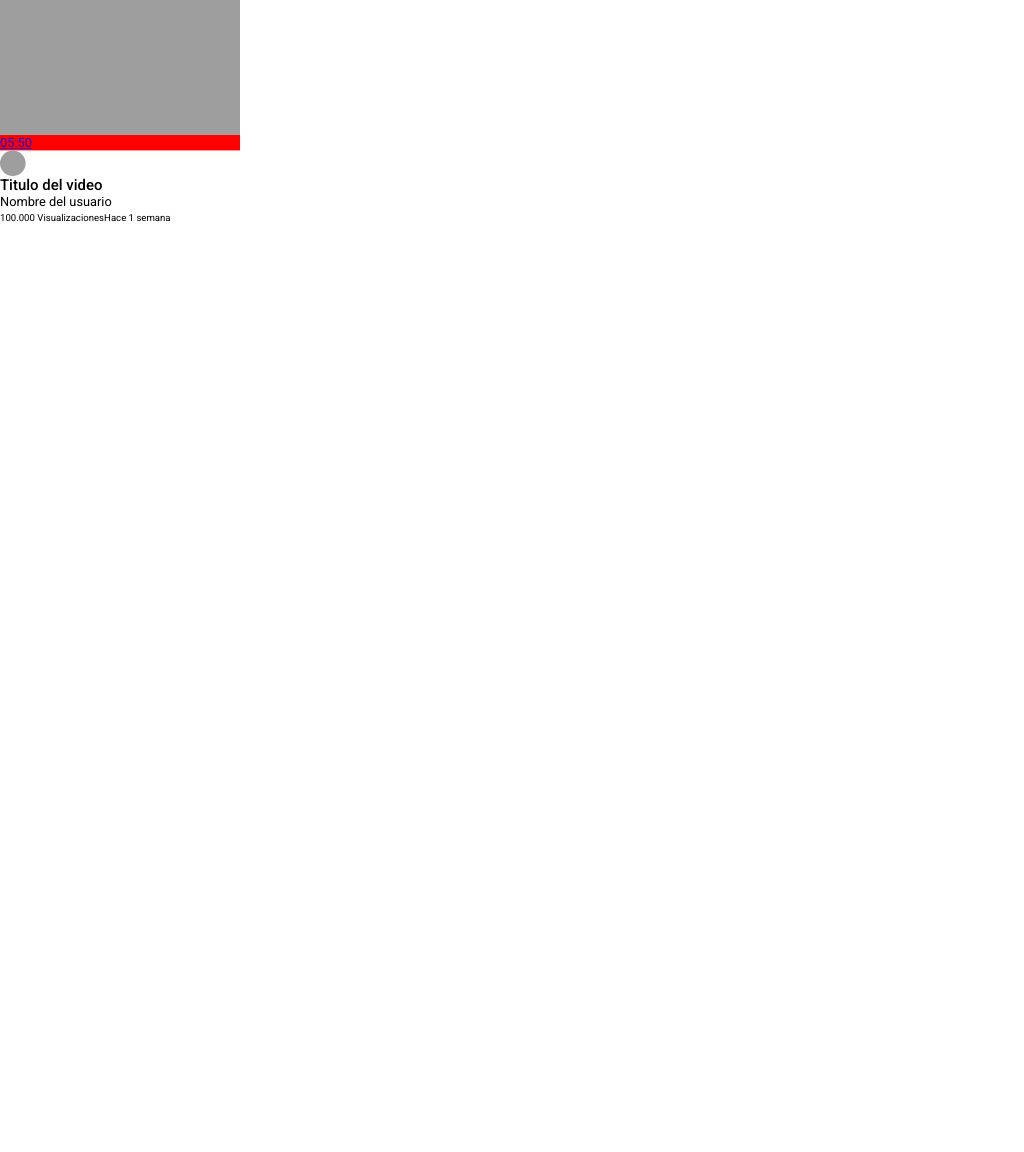
Repository: RobertAries28/ClonYoutube
Page: index.html
The author's editor kept a copy of each file at every save. The page is drawn from the files as they stood at one save, then again after the next save.
The browser window is 1280 px wide. The pictures show the whole page, at 80% of full size.
Pictures or frames that could not be fetched are drawn as grey boxes. Some web libraries are served in a nearby version.

Above is the page before, as saved 2021-09-15 22:34:59.

### index.html
<!DOCTYPE html>
<html lang="en">
<head>
    <meta charset="UTF-8">
    <meta http-equiv="X-UA-Compatible" content="IE=edge">
    <meta name="viewport" content="width=device-width, initial-scale=1.0">
    <link rel="stylesheet" href="style.css">
    <link rel="stylesheet" href="https://use.fontawesome.com/releases/v5.8.1/css/all.css" integrity="sha384-50oBUHEmvpQ+1lW4y57PTFmhCaXp0ML5d60M1M7uH2+nqUivzIebhndOJK28anvf" crossorigin="anonymous">


    <title>Document</title>
</head>
<body class="scroll">
   <header class="main-header">
       <div class="place-center button-container">
            <button class=" action-button fas fa-align-justify"></button>
            <img class="logo" src="data:[embedded picture, 3218 characters]" alt="">
        </div>


       <div class="middle place-center">
           <form class=" place-center form-search">
               <input type="search" placeholder="Buscar" class="input">
              <button class="submit fas fa-search" data-tooltip="Buscar"></button>
            </form>

           <button data-tooltip="Haz busqueda por voz" class=" action-button fas fa-microphone"></button>
       </div>

       <div class="place-center button-container">


        <button data-tooltip="Crear" class=" action-button fas fa-video"></button>
        <button data-tooltip="Aplicaciones de youtube" class=" action-button fas fa-th"></button>
        <button  data-tooltip="Notificaciones" class=" action-button fas fa-bell"></button>
        <div class="user">
           <div class="user-avatar">

               <img class="image" src="https://i.pinimg.com/280x280_RS/7d/d0/f4/7dd0f465ad261b24bc09a1508da78cc1.jpg" alt="">
           </div>
        </div>
       </div>
   </header>

   <div class="main-sidebar scroll">
       <nav class="main-nav">
          <ul>
              <li>
                  <a href="" class="link is-active">
                    <span class=" icon fas fa-home"></span>
                      <span>Inicio</span>
                    </a>

              </li>

              <li>
                <a href="" class="link">
                  <span class=" icon fas fa-compass"></span>
                    <span>Explorar</span>
                  </a>

            </li>

            <li>
              <a href="" class="link">
                <span class=" icon fas fa-stop-circle"></span>
                  <span>Suscripciones</span>
                </a>

          </li>

          <li>
            <a href="" class="link">
              <span class=" icon fab fa-youtube"></span>
                <span>Originals</span>
              </a>

        </li>

        <li>
          <a href="" class="link">
            <span class=" icon fas fa-play-circle"></span>
              <span>Youtube Music</span>
            </a>

      </li>

        </ul>
        <hr/>



        <ul>
          <li>
              <a href="" class="link">
                <span class=" icon fas fa-laptop"></span>
                  <span>Biblioteca</span>
                </a>

          </li>

          <li>
            <a href="" class="link">
              <span class=" icon fas fa-history"></span>
                <span>Historial</span>
              </a>

        </li>

        <li>
          <a href="" class="link">
            <span class=" icon far fa-play-circle"></span>
              <span>Mas Videos</span>
            </a>

      </li>

      <li>
        <a href="" class="link">
          <span class=" icon far fa-clock"></span>
            <span>Ver mas Tarde</span>
          </a>

    </li>

    <li>
      <a href="" class="link">
        <span class=" icon fas fa-thumbs-up"></span>
          <span>Videos que me Gustan</span>
        </a>

  </li>

  <li>
    <a href="" class="link">
      <span class=" icon fas fa-chevron-down"></span>
        <span>Mostrar mas</span>
      </a>

</li>

    </ul>
    <hr/>

    <h4 class="nav-title">SUBCRIPCIONES</h4>
    <ul>
      <li>
        <a href="" class="link ">
          <div class="user-avatar2">

            <img class="image" src="https://i.pinimg.com/280x280_RS/7d/d0/f4/7dd0f465ad261b24bc09a1508da78cc1.jpg" alt="">
        </div>
            <span>Robert Escalante</span>

          </a>

    </li>

    <li>
      <a href="" class="link ">
        <div class="user-avatar2">

          <img class="image" src="https://i.pinimg.com/280x280_RS/7d/d0/f4/7dd0f465ad261b24bc09a1508da78cc1.jpg" alt="">
      </div>
          <span>Robert Escalante</span>
          <i class="fas fa-circle is-new"></i>

        </a>

  </li>

    <li>
      <a href="" class="link ">
        <div class="user-avatar2">

          <img class="image" src="https://i.pinimg.com/280x280_RS/7d/d0/f4/7dd0f465ad261b24bc09a1508da78cc1.jpg" alt="">
      </div>
          <span>Robert Escalante</span>
          <i class="fas fa-satellite-dish is-in-live"></i>

        </a>

  </li>

  <li>
    <a href="" class="link">
      <span class=" icon fas fa-chevron-down"></span>
        <span>Mostrar 97 mas</span>
      </a>

</li>
    </ul>

    <hr/>

    <h4 class="nav-title">MAS DE YOUTUBE</h4>

    <ul>
      <li>
          <a href="" class="link">
            <span class=" icon fas fa-film"></span>
              <span>Peliculas</span>
            </a>

      </li>

      <li>
        <a href="" class="link">
          <span class=" icon fas fa-gamepad"></span>
            <span>VideoJuegos</span>
          </a>

    </li>

    <li>
      <a href="" class="link">
        <span class=" icon fas fa-directions"></span>
          <span>Directo</span>
        </a>

  </li>

  <li>
    <a href="" class="link">
      <span class=" icon fas fa-graduation-cap"></span>
        <span>Aprendizaje</span>
      </a>

</li>

<li>
  <a href="" class="link">
    <span class=" icon fas fa-trophy"></span>
      <span>Deportes</span>
    </a>

</li>
<hr/>

<li>
  <a href="" class="link">
    <span class=" icon fas fa-cog"></span>
      <span>Configuracion</span>
    </a>

</li>

<li>
<a href="" class="link">
  <span class=" icon far fa-flag"></span>
    <span>Historial de denuncias</span>
  </a>

</li>

<li>
<a href="" class="link">
<span class=" icon fas fa-question-circle"></span>
  <span>Ayuda</span>
</a>

</li>

<li>
<a href="" class="link">
<span class=" icon fas fa-question"></span>
<span>Enviar Sugerencias</span>
</a>

</li>
</ul>

   <hr/>
   <footer class="main-nav-footer">
     <div class="container">
  <a href="#" class="link-footer">Informacion</a>
  <a href="#" class="link-footer">Prensa</a>
  <a href="#" class="link-footer">Derechos de autor</a>
  <a href="#" class="link-footer">Contactar</a>
  <a href="#" class="link-footer">Creadores</a>
  <a href="#" class="link-footer">Publicidad</a>
  <a href="#" class="link-footer">Desarrollador</a>
     </div>

     <div class="container">
      <a href="#" class="link-footer">Terminos</a>
      <a href="#" class="link-footer">Privacidad</a>
      <a href="#" class="link-footer"> Politicas y Terminos</a>
      <a href="#" class="link-footer">Como Funciona</a>
      <a href="#" class="link-footer">Probar Funciones</a>

         </div>
      <p class="copyright">2021 Google LLC</p>
   </footer>

       </nav>
   </div>
   <main>
     <article class="card-video">
       <a href="#" class="cover">
         <img src="https://images.unsplash.com/photo-1631714222798-9b7ae46118b3?ixid=MnwxMjA3fDB8MHxwaG90by1wYWdlfHx8fGVufDB8fHx8&ixlib=rb-1.2.1&auto=format&fit=crop&w=334&q=80" alt="Portada del video"
          class="image"
         >
         <time class="time">05:50</time>

       </a>
       <div class="container">
          <div class="user-avatar">
            <img class="image" src="https://i.pinimg.com/280x280_RS/7d/d0/f4/7dd0f465ad261b24bc09a1508da78cc1.jpg" alt="">
          </div>
          <div class="content">
            <h3 class="title">Titulo del video</h3>
             <p>Nombre del usuario</p>
             <p><span>100.000 Visualizaciones</span><span>Hace 1 semana</span></p>
          </div>
       </div>
     </article>
   </main>
</body>
</html>

### style.css

@import url('https://fonts.googleapis.com/css2?family=Roboto:wght@400;500&display=swap');

*{
    margin:  0;
    padding: 0;
    box-sizing: border-box;
}

 /* variables globales */

:root{
    /* colores*/
    --accent-color: #ff0000;
    --grey-color: #909090;
    --grey-color-alt: #CCC;
    --border-color: rgba(0,0,0,0.1);

    /*colores de fondo*/
    --bg-color: #fff;
     --bgcolor-alt: #f9f9f9;
     --bg-color-active: #e5e5e5;

     /*colores de texto*/

     --text-color: #030303;
     --text-color-alt: #606060;
     --text-color-white: #fff;

  /* fuentes */
     --body-font : 'Roboto',sans-serif;


     /* Tamaño de texto*/
--big-font-size: 1.125rem;
--normal-font-size: 1rem;
--small-font-size: 0.875rem;
--smaller-font-size: 0.75rem;
--font-bold: 500;

/* otros*/
  --header-height: 56px;
  --z-tooltip: 25;
  --z-fixed: 100;
  --border-radius: 2px;


  /* scroll */
--scroll-size: 16px;
--scroll-bg: transparent;
--scroll-radius:8px;
--scroll-padding:4px;
--thumb-bg: var(--grey-color);
--thumb-bg-alt:var(--grey-color-alt);
}

body{
    min-height: 200vh;
}



/*----- scroll ---*/
.scroll::-webkit-scrollbar{
    width: var(--scroll-size);
    height: var(--scroll-size);
}

.scroll::-webkit-scrollbar-thumb{
    background-color: var(--thumb-bg);
    border-radius: var(--scroll-radius);
    border: var(--scroll-padding) solid transparent;
    background-clip: content-box;
}

.scroll::-webkit-scrollbar-thumb:hover{
    background-color: var(--thumb-bg-alt);
}

.scroll:not(body)::-webkit-scrollbar-thumb{
    display: none;
    background-color: var(--thumb-bg-alt);
}

.scroll:not(body):hover::-webkit-scrollbar-thumb{
    display: block;
}






body{
    font-family: var(--body-font);
    background-color: var(--bg-color-alt);

}

h1,h2,h3,h4,h5,h6,b{
    font-weight: var(--font-bold);
}

hr{
    --spacing: 0.75rem;
    border: none;
    border-bottom: 1px solid var(--border-color);
    margin-bottom: var(--spacing);
    padding-top: var(--spacing);

}

img{
    width: 100%;
}

.place-center{
    display: flex;
    justify-content: center;
    align-items: center;
}

.button-container{
    display: flex;
    gap: 0.5rem;
}

/******------cabecera principal -----***/

.main-header{
    height: var(--header-height);
     background-color: var(--bg-color);
    display: flex;
    justify-content: space-between;
    padding: 0 1rem;
    align-items: center;
    position: fixed;
    width: 100%;
    left: 0;
    top: 0;
    z-index: var(--z-fixed);

}

.main-header img{
    height: 56px;
}

.main-header .logo{
    width: 6rem;
}

.main-header .middle{
    flex-basis: 720px;

    padding: 0 2rem;
}

.main-header .form-search{
 flex-grow: 1;
 align-items: stretch;
}

.main-header .input{
    flex-grow: 1;
    padding: 0.5rem;
    border: 1px solid var(--border-color);
    border-right: 0;
    border-radius: var(--border-radius) 0 0 var(--border-radius);


}

.main-header .submit{
    padding: 0 1.5rem;
    border: 1px solid var(--border-color);
    font-size: 1.25rem;
    color: var(--text-color-alt);
    border-radius: 0 var(--border-radius) var(--border-radius) 0;
    cursor: pointer;
}



/*----Avatar del usuario----*/
.user-avatar{
    --size: 2rem;
    width:  var(--size);
    height: var(--size);
    cursor: pointer;
    flex: none;

}

.user{
    padding: 0 1rem;
}

.user-avatar .image{
    width: 100%;
    height: 100%;
    object-fit: cover;
    border-radius: 50%;
}


/* Botones de accion **/
.action-button{
    --size: 2.5rem;
    height: var(--size);
    width: var(--size);
    border-radius: 50%;
    border: 1px solid transparent;
    background: none;
    transition: border-color 1s;
    cursor: pointer;
}
.action-button::before{
    color: var(--text-color-alt);
    font-size: 1.5rem;
}

.action-button:active{
    background-color: var(--bg-color-active) ;
    border-color: var(--bg-color-active);
}


/* tooltip*/
[data-tooltip]{
    position: relative;
}

[data-tooltip]:hover::after{
    opacity: 1;
}

[data-tooltip]::after{
    content: attr(data-tooltip);
    position: absolute;
    left: 50%;
    top: 3.5rem;
    transform: translateX(-50%);
    padding: 0.5rem;
    background-color: var(--text-color-alt);
    color: var(--text-color-white);
    font-family: var(--body-font);
    font-size: var(--smaller-font-size);
    border-radius: var(--border-radius);
       white-space: nowrap;
       opacity: 0;
    pointer-events:none;
    transition: opacity 0.5s;
    z-index: var(--z-tooltip);
}


/***** menu lateral***/

.main-sidebar{
    --main-nav-padding: 0.5rem 1.5rem;
    position: fixed;
    top: var(--header-height);
    height: calc(100vh - var(--header-height));
    width: 240px;
    padding: 0.75rem 0;

    overflow: auto;
}


/****** items de navegacion ****/
.main-nav .link{
    display: flex;
    align-items: center;
    padding: var(--main-nav-padding);
    color: var(--text-color);
    font-size: var(--smaller-font-size);
    text-decoration: none;

    font-size: 1rem;
    white-space: nowrap;
}

.main-nav .link.is-active, .main-nav .link:hover{
    background-color: var(--bgcolor-alt);
}

.main-nav .link.is-active{
    font-weight: var(--font-bold);
}

.main-nav .link.is-active .icon{
    color: var(--accent-color);
}

.main-nav .link .icon{
    margin-right: 1.5rem;
    font-size: 1.5rem;
    color: var(--text-color-alt);

}

.user-avatar2{
    margin-right: 1.5rem;
    --size:1.5rem;
    width:  var(--size);
    height: var(--size);
    cursor: pointer;
    flex: none;
}

.user-avatar2 .image{
    width: 100%;
    height: 100%;
    object-fit: cover;
    border-radius: 50%;
}

span{
    font-size: var(--smaller-font-size);
}

/* Titulo de secciones en navegacion lateral */
.nav-title{
    padding: var(--main-nav-padding);
    color: var(--text-color-alt);
    font-size: var(--smaller-font-size);
    text-transform: uppercase;
}

.is-new{
    font-size: 0.5rem;
    color: #065FD4;
    margin-left: auto;
}

.is-in-live{
    font-size: 0.5rem;
    color: var(--accent-color);
    margin-left: auto;
}


/* footer de la navegacion */
.main-nav-footer{
    display: grid;
    gap: 0.75rem;
    padding: var(--main-nav-padding);
    font-size: var(--smaller-font-size);
}

.main-nav-footer .link-footer{
    margin-right: 0.5rem;
    line-height: 1.4;
    text-decoration: none;
    font-weight: var(--font-bold);
    color: var(--text-color-alt);
}

.copyright{
    opacity: 0.6;
    color: var(--text-color-alt);
    margin: 0;
}

/* ------ tarjeta de video ------*/
 .card-video{
     max-width: 300px;
 }

 .card-video .cover {
     display: block;
     position: relative;
     aspect-ratio: 16 / 9;
     background-color: red;
 }
 .card-video .image{
     display: block;
     height: 100%;
     object-fit: cover;
 }

.main-header, .main-sidebar{
    display: none;
}

After the next save:
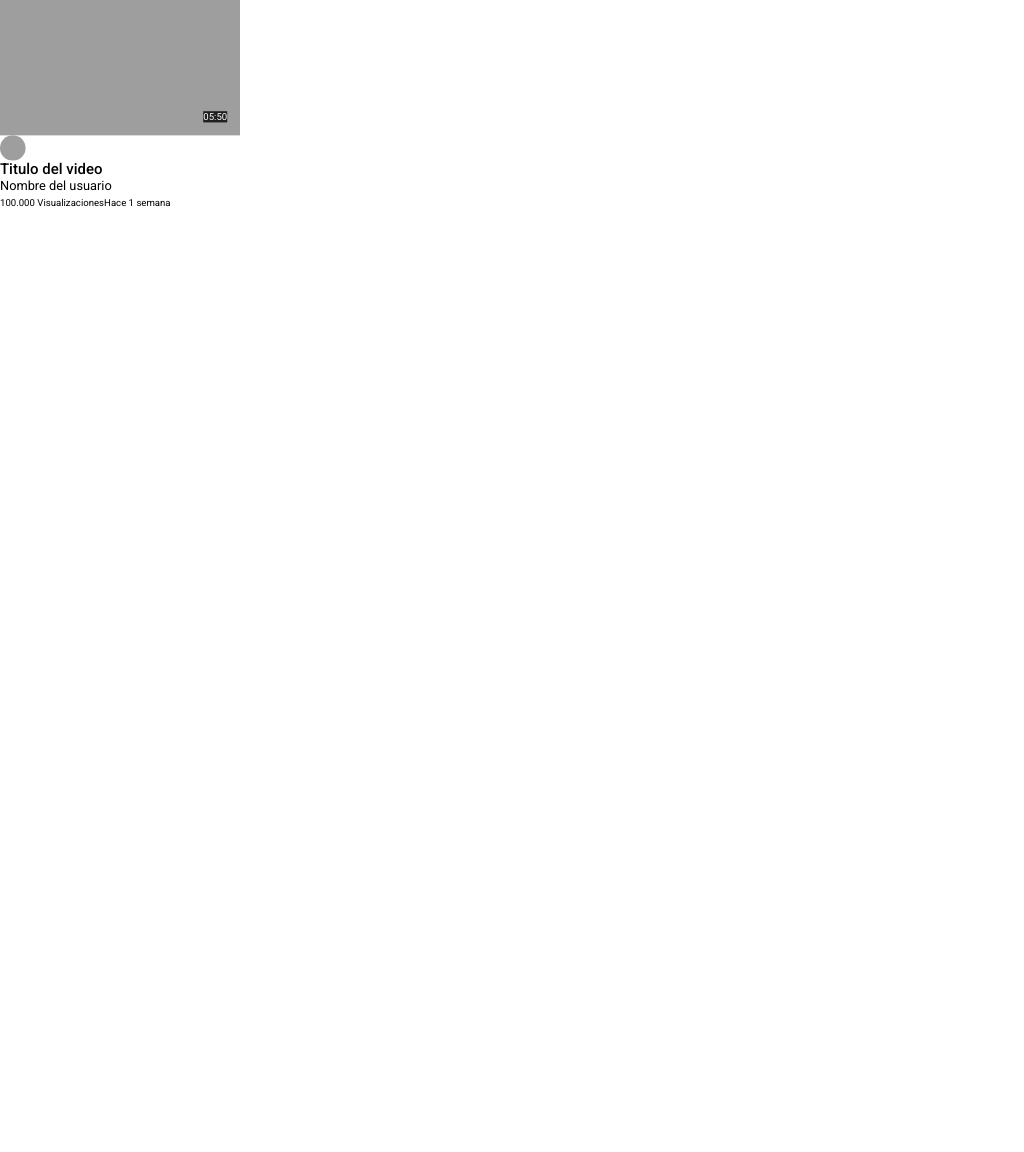
Saved 2 min 4 s later.
--- a/style.css
+++ b/style.css
@@ -381,6 +381,15 @@
      object-fit: cover;
  }
 
+ .card-video .time{
+     position: absolute;
+     right: 1rem;
+     bottom: 1rem;
+     background-color: rgba(0,0,0,0.8);
+     color: var(--text-color-white);
+     font-size: var(--smaller-font-size);
+ }
+
 .main-header, .main-sidebar{
     display: none;
 }
